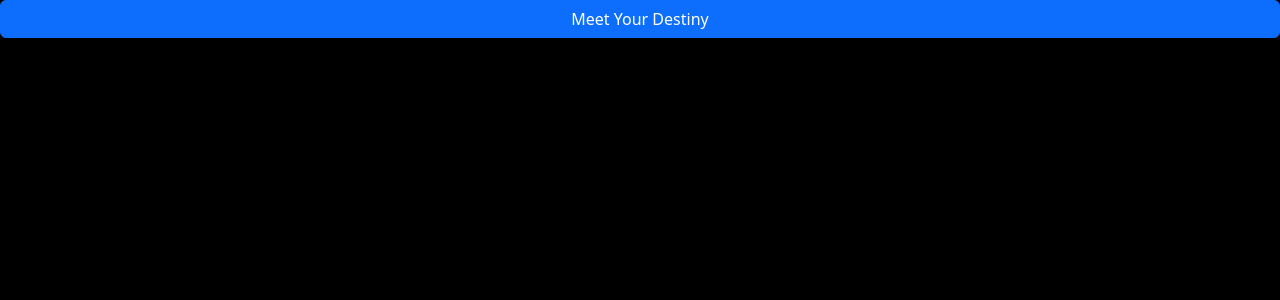
Repository: jgramirez0210/INDIVIDUAL-PROJECT-sorting-hat
Page: index.html
An editor plug-in stored every save of this project. The page is shown before and after a run of saves, followed by the edit.
The browser window is 1280 px wide. The pictures show the whole page.

Above is the page before, as saved 2023-10-30 13:08:39.

After the next 2 saves:
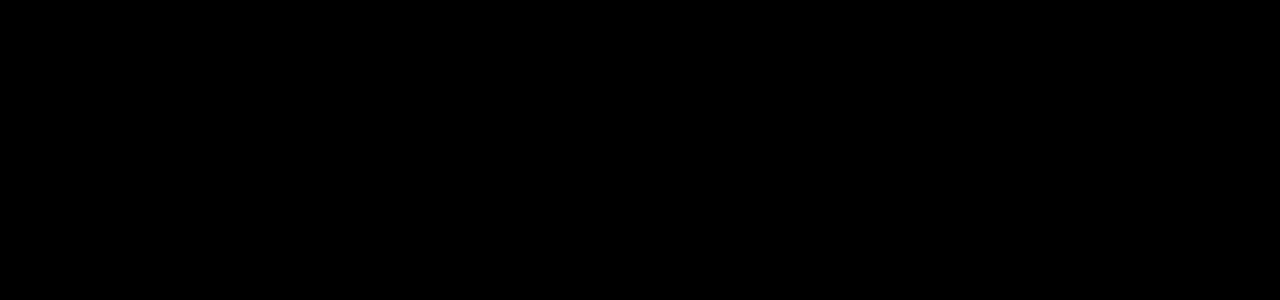
Console error: SyntaxError: Invalid or unexpected token
The 2 saves are shown as one change because they came seconds apart.
The last was saved 8 s later.
--- a/main.js
+++ b/main.js
@@ -20,7 +20,7 @@
     <p>First Name: ${newStudent.firstName}</p>
     <p>Last Name: ${newStudent.lastName}</p>
   </div>`;
-  renderToDom()
+  renderToDom(#'container')
 }
 
 // *********  HTML COMPONENT FUNCTIONS  ********* //

After the 4 saves that followed:
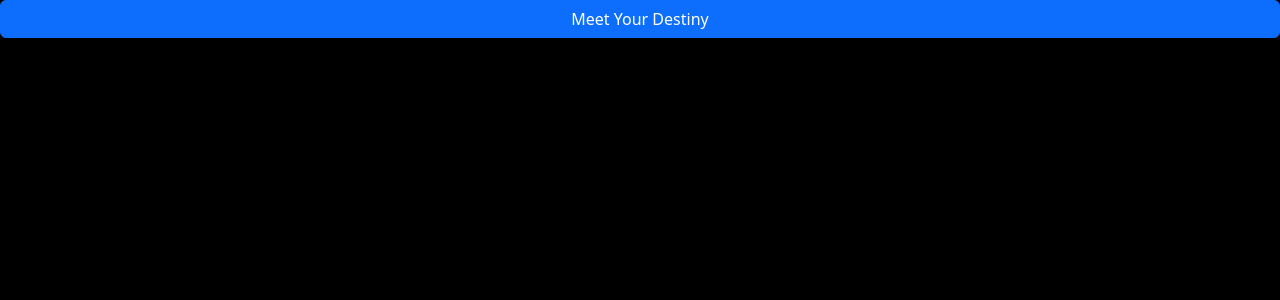
The error is gone.
The 4 saves are shown as one change because 1 left the picture as it was and some came seconds apart.
The last was saved 19 s later.
--- a/main.js
+++ b/main.js
@@ -20,7 +20,7 @@
     <p>First Name: ${newStudent.firstName}</p>
     <p>Last Name: ${newStudent.lastName}</p>
   </div>`;
-  renderToDom(#'container')
+  renderToDom('#container', studentInfo);
 }
 
 // *********  HTML COMPONENT FUNCTIONS  ********* //
